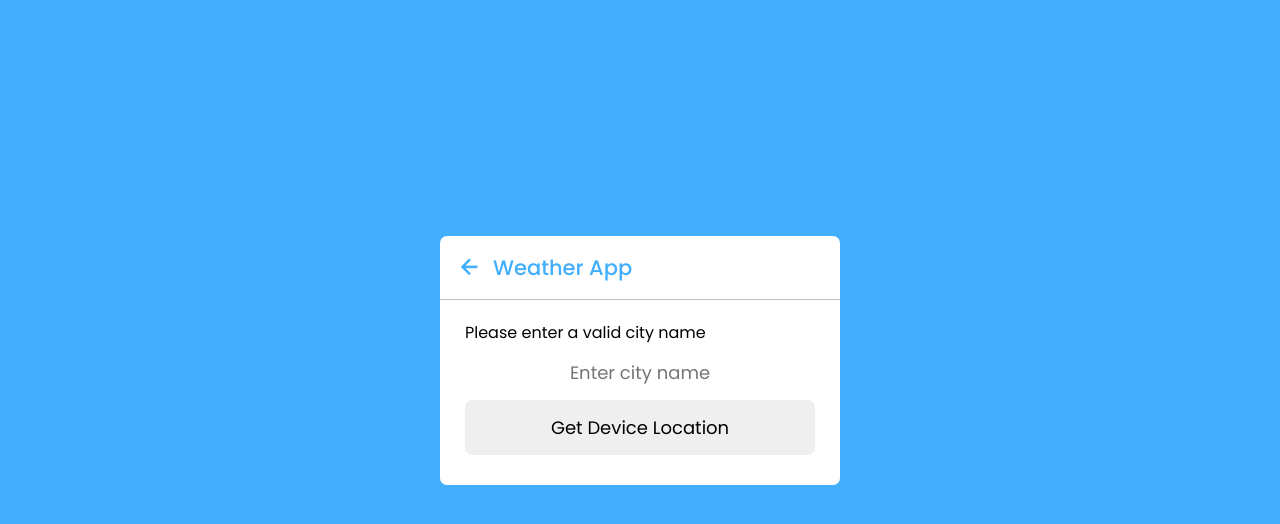
Repository: long13820/Weather-App-HTML-CSS-Javascript
Page: index.html
An editor plug-in stored every save of this project. The page is shown before and after the next save, followed by the edit.
The browser window is 1280 px wide. The pictures show the whole page.

Above is the page before, as saved 2021-09-02 01:01:08.

### index.html
<!DOCTYPE html>
<html lang="en">
<head>
    <meta charset="UTF-8">
    <meta http-equiv="X-UA-Compatible" content="IE=edge">
    <meta name="viewport" content="width=device-width, initial-scale=1.0">
    <title>Weather App</title>
    <link rel="stylesheet" href="style.css">

    <!--Linking Boxicon For Icon-->
    <link rel="stylesheet" href='https://unpkg.com/boxicons@2.0.9/css/boxicons.min.css' >


</head>
<body>
    <div class="wrapper">
        <header>
            <i class="bx bx-left-arrow-alt"></i>
            Weather App
        </header>
        <section class="input-part">
            <p class="info-txt">Please enter a valid city name</p>
            <input type="text" placeholder="Enter city name" spellcheck="false">
            <div class="separator"></div>
            <button>Get Device Location</button>
        </section>
    </div>
</body>
</html>

### style.css
/*Import Google Font - Poppins*/
@import url('https://fonts.googleapis.com/css2?family=Poppins:wght@400;500;600;700&display=swap');
*{
    margin: 0;
    padding: 0;
    box-sizing: border-box;
    font-family: 'Poppins', sans-serif;
}
body{
    display: flex;
    align-items: center;
    justify-content: center;
    min-height: 100vh;
    background: #43AFFC;
}
.wrapper{
    width: 400px;
    border-radius: 7px;
    background: white;
}
.wrapper header{
    color: #43AFFC;
    font-size: 21px;
    font-weight: 500;
    padding: 16px 15px;
    display: flex;
    align-items: center;
    border-bottom: 1px solid #bfbfbf;

}
header i{
    cursor: pointer;
    font-size: 30px;
    margin-right: 8px;
}
.wrapper .input-part{
    margin: 20px 25px 30px;
}
.input-part :where(input, button){
    width: 100%;
    height: 55px;
    border: none;
    outline: none;
    font-size: 18px;
    border-radius: 7px;
}
.input-part input{
    text-align: center;
    border: 1px springgreen;
}

After the next save:
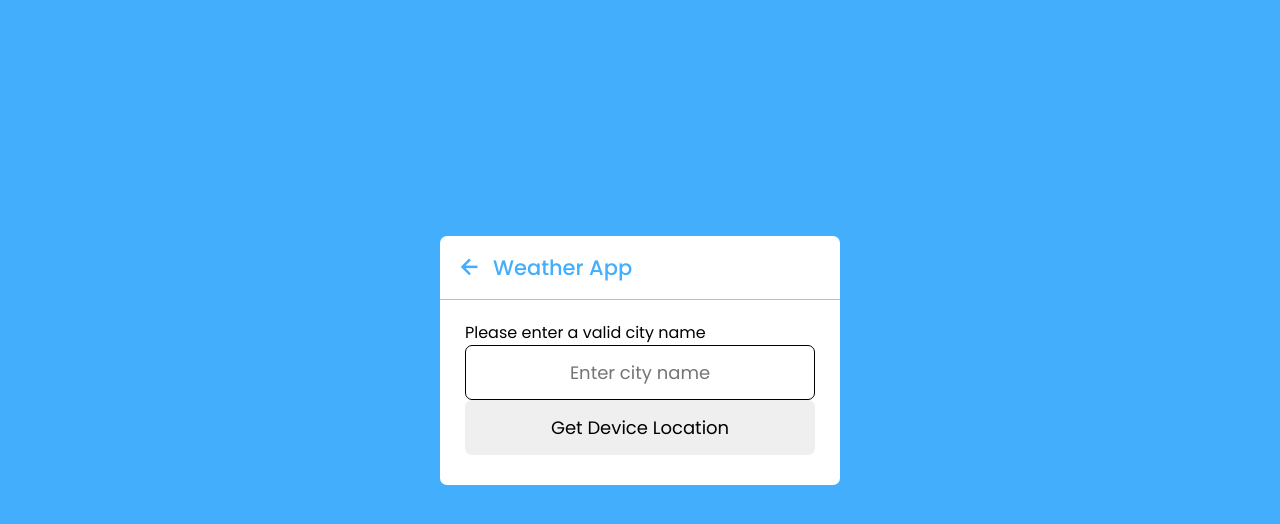
Saved 5 s later.
--- a/style.css
+++ b/style.css
@@ -46,5 +46,5 @@ header i{
 }
 .input-part input{
     text-align: center;
-    border: 1px springgreen;
+    border: 1px solid ;
 }
